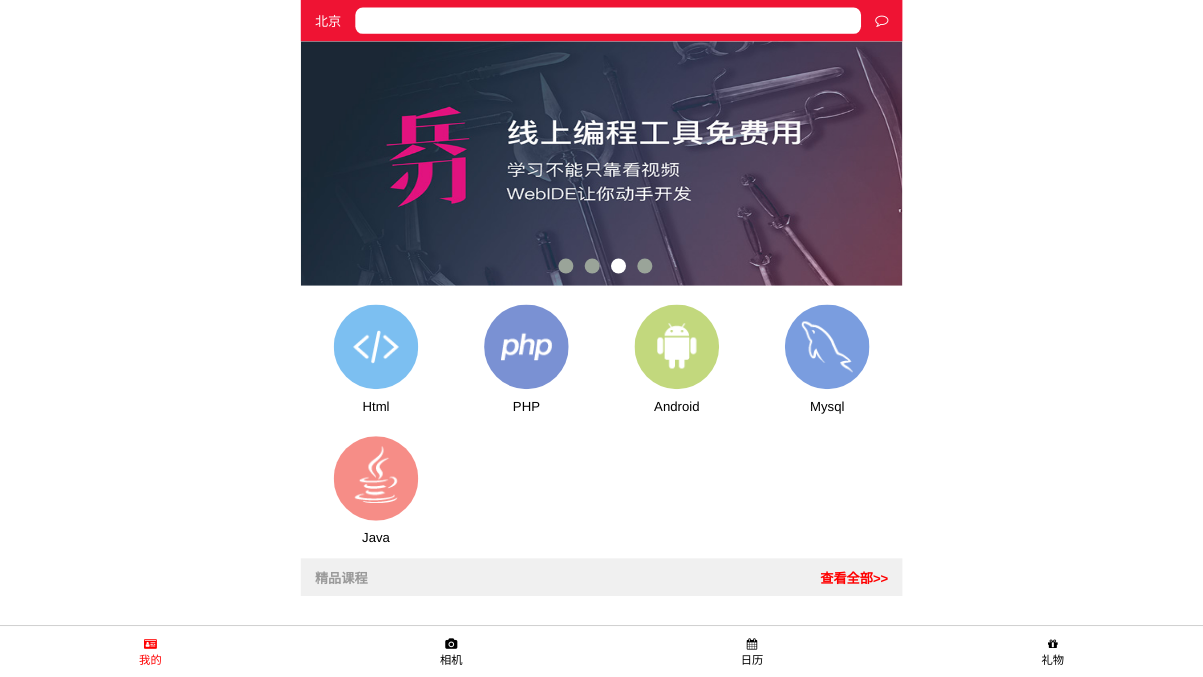
Repository: zhenzhen-gong/flextContent
Page: index.html
An editor plug-in stored every save of this project. The page is shown before and after the next save, followed by the edit.
The browser window is 1280 px wide. The pictures show the whole page, at 94% of full size.

Above is the page before, as saved 2020-06-18 20:03:51.

After the next save:
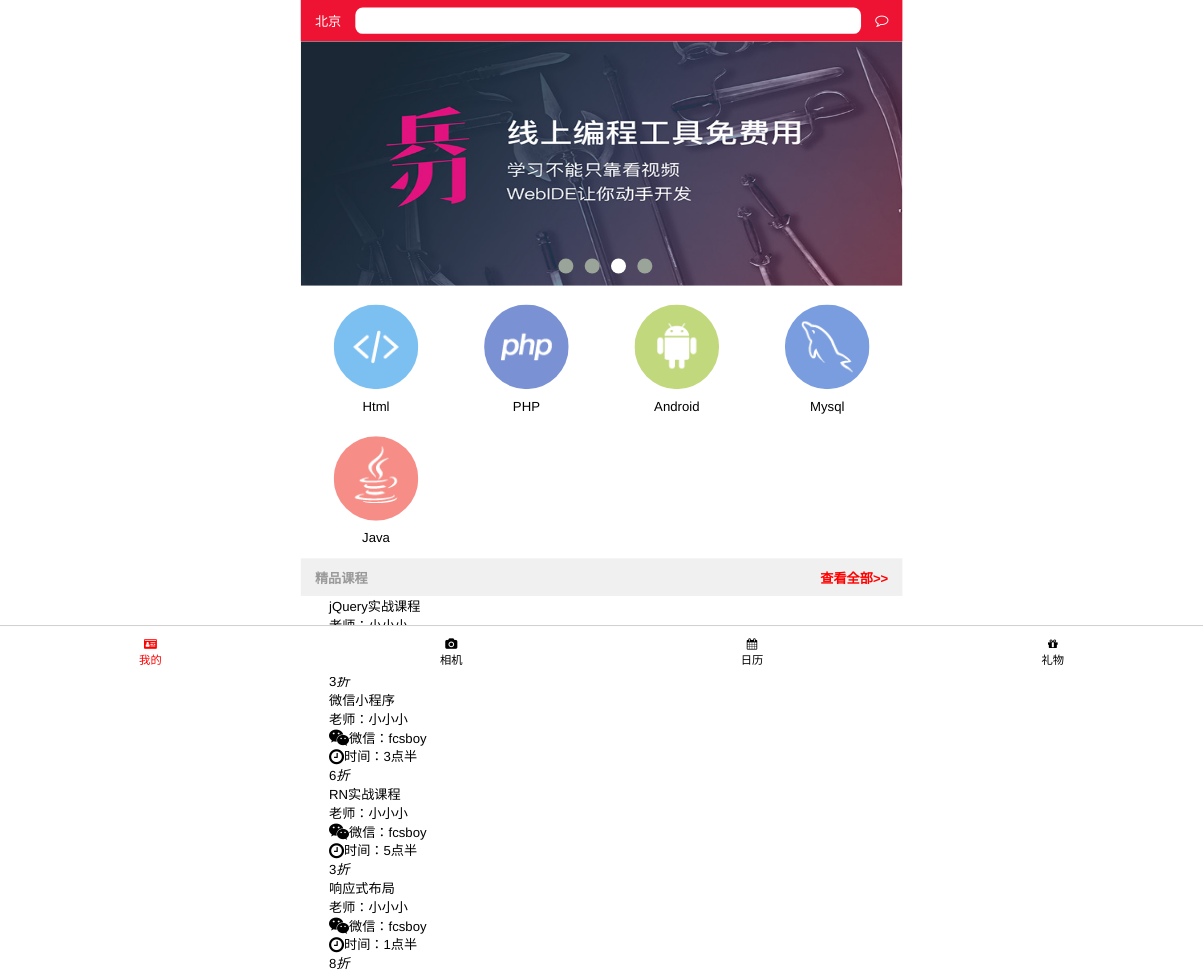
Saved 31 s later.
--- a/index.html
+++ b/index.html
@@ -61,6 +61,56 @@
                 <span>精品课程</span>
                 <span>查看全部>></span>
             </div>
+            <div class="items">
+                <div class="item">
+                    <div class="item_left"></div>
+                    <div class="item_center">
+                        <p>jQuery实战课程</p>
+                        <p>老师：小小小</p>
+                        <p><i class="fa fa-weixin fa-lg"></i>微信：fcsboy</p>
+                        <p><i class="fa fa-clock-o fa-lg"></i>时间：8点半</p>
+                    </div>
+                    <div class="item_right">
+                        <span>3</span><em>折</em>
+                    </div>
+                </div>
+                <div class="item">
+                    <div class="item_left"></div>
+                    <div class="item_center">
+                        <p>微信小程序</p>
+                        <p>老师：小小小</p>
+                        <p><i class="fa fa-weixin fa-lg"></i>微信：fcsboy</p>
+                        <p><i class="fa fa-clock-o fa-lg"></i>时间：3点半</p>
+                    </div>
+                    <div class="item_right">
+                        <span>6</span><em>折</em>
+                    </div>
+                </div>
+                <div class="item">
+                    <div class="item_left"></div>
+                    <div class="item_center">
+                        <p>RN实战课程</p>
+                        <p>老师：小小小</p>
+                        <p><i class="fa fa-weixin fa-lg"></i>微信：fcsboy</p>
+                        <p><i class="fa fa-clock-o fa-lg"></i>时间：5点半</p>
+                    </div>
+                    <div class="item_right">
+                        <span>3</span><em>折</em>
+                    </div>
+                </div>
+                <div class="item">
+                    <div class="item_left"></div>
+                    <div class="item_center">
+                        <p>响应式布局</p>
+                        <p>老师：小小小</p>
+                        <p><i class="fa fa-weixin fa-lg"></i>微信：fcsboy</p>
+                        <p><i class="fa fa-clock-o fa-lg"></i>时间：1点半</p>
+                    </div>
+                    <div class="item_right">
+                        <span>8</span><em>折</em>
+                    </div>
+                </div>
+            </div>
         </section>
     </div>
     <footer>
